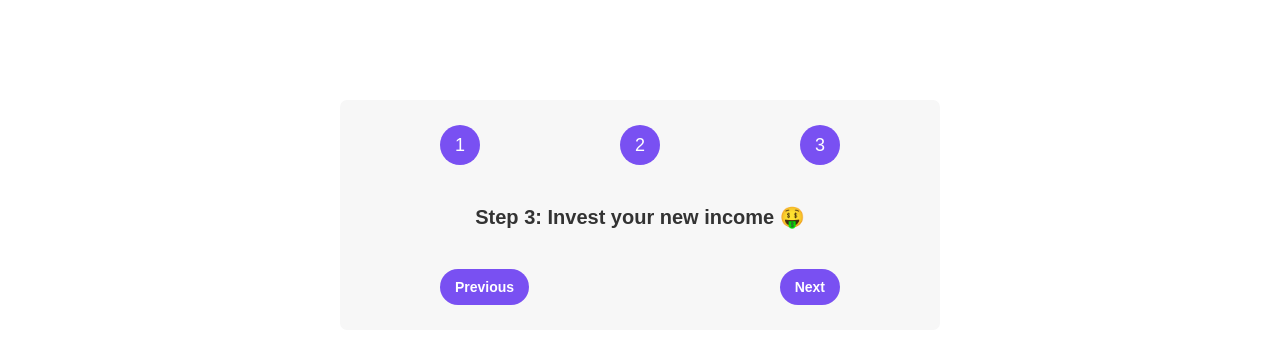
Repository: ahmedharidy/State-React-Practice
Page: /
These files come from the project's save history. The page is drawn as it stood at one moment and after the next save; the edit follows.
The browser window is 1280 px wide. The pictures show the whole page.
The project was rebuilt for these pictures with package versions that can differ from the ones it lists, and the page was loaded fresh each time.

Above is the page before, as saved 2026-09-25 11:16:29.

### src/App.js
const messages = [
  "Learn React ⚛️",
  "Apply for jobs 💼",
  "Invest your new income 🤑",
];
export default function App() {
  const step = 3;

  return (
    <div className="steps">
      <div className="numbers">
        <div className={`${step >= 1 ? "active" : ""}`}>1</div>
        <div className={`${step >= 2 ? "active" : ""}`}>2</div>
        <div className={`${step >= 3 ? "active" : ""}`}>3</div>
      </div>

      <p className="message">
        Step {step}: {messages[step - 1]}
      </p>

      <div className="buttons">
        <button style={{ backgroundColor: "#7950f2", color: "#fff" }}>
          Previous
        </button>
        <button style={{ backgroundColor: "#7950f2", color: "#fff" }}>
          Next
        </button>
      </div>
    </div>
  );
}

Loaded but not shown: public/index.html (common file); src/index.js (common file); src/index.css (common file)

After the next save:
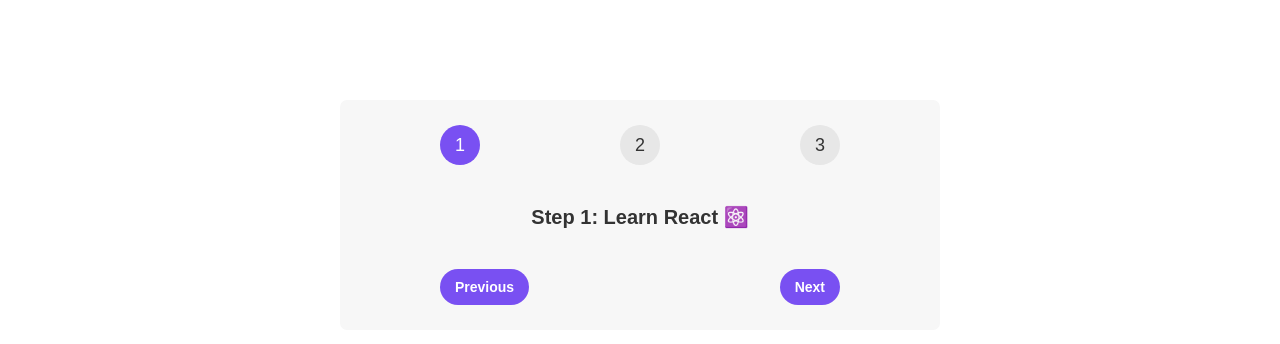
Saved 17 s later.
--- a/src/App.js
+++ b/src/App.js
@@ -4,7 +4,7 @@ const messages = [
   "Invest your new income 🤑",
 ];
 export default function App() {
-  const step = 3;
+  const step = 1;
 
   return (
     <div className="steps">
